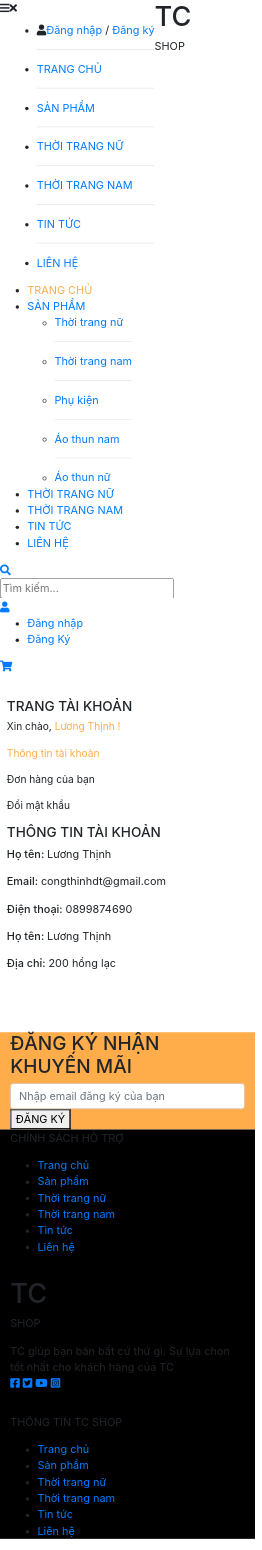
Repository: congthinh1701/TCshop
Page: ThongTinTaiKhoan.html
An editor plug-in stored every save of this project. The page is shown before and after the next save, followed by the edit.
The browser window is 375 px wide. The page is 385 px wide, so the pictures cover 385 px, including what lies to the right of the window. The pictures show the whole page, at 68% of full size.
The style sheet was rebuilt from its Sass, Less or Tailwind sources for each picture, by a compiler version that may differ from the author's.

Above is the page before, as saved 2021-09-08 17:36:09.

### ThongTinTaiKhoan.html
<!DOCTYPE html>
<html lang="en">
<head>
    <meta charset="UTF-8">
    <meta http-equiv="X-UA-Compatible" content="IE=edge">
    <meta name="viewport" content="width=device-width, initial-scale=1.0">
    <title>Document</title>
    <link rel="stylesheet" href="fontawesome-free-5.15.4-web/css/all.css">
    <link rel="stylesheet" href="sass/style.css">
</head>
<body>
    <div id="headerID"> <!-- your header --> </div>
    <div class="container admin">
        <div class="trang-tai-khoan">
            <h5>TRANG TÀI KHOẢN</h5>
            <div class="trang-tai-khoan-hello left ">
                <p>Xin chào, <span>Lương Thịnh !</span></p>
            </div>
            <div class="trang-tai-khoan-thong-tin left active">
                <p>Thông tin tài khoản</p>
            </div>
            <div class="trang-tai-khoan-hello left">
                <p>Đơn hàng của bạn</p>
            </div>
            <div class="trang-tai-khoan-hello left">
                <p>Đổi mật khẩu</p>
            </div>
        </div>
        <div class="thong-tin-tai-khoan">
            <h5>THÔNG TIN TÀI KHOẢN</h5>
            <div class="thong-tin-tai-khoan-name">
                <p><span>Họ tên: </span>Lương Thịnh</p>
                <p><span>Email: </span>congthinhdt@gmail.com</p>
                <p><span>Điện thoại: </span>0899874690</p>
                <p><span>Họ tên: </span>Lương Thịnh</p>
                <p><span>Địa chỉ: </span>200 hồng lạc</p>
            </div>
        </div>
    </div>
    <div id="footerID"> <!-- your header --> </div>
    <script src="https://cdnjs.cloudflare.com/ajax/libs/jquery/3.6.0/jquery.min.js" integrity="sha512-894YE6QWD5I59HgZOGReFYm4dnWc1Qt5NtvYSaNcOP+u1T9qYdvdihz0PPSiiqn/+/3e7Jo4EaG7TubfWGUrMQ==" crossorigin="anonymous" referrerpolicy="no-referrer"></script>
    <script>
        $("#headerID").load("header.html");
        $("#footerID").load("footer.html");
      </script>
</body>
</html>

### header.html
<!DOCTYPE html>
<html lang="en">
<head>
    <meta charset="UTF-8">
    <meta http-equiv="X-UA-Compatible" content="IE=edge">
    <meta name="viewport" content="width=device-width, initial-scale=1.0">
    <title>Document</title>
    <link rel="stylesheet" href="assets/css/style.css">
    <link rel="stylesheet" href="assets/css/base.css">
    <link rel="stylesheet" href="fontawesome-free-5.15.4-web/css/all.css">
    <link rel="stylesheet" href="https://maxcdn.bootstrapcdn.com/bootstrap/4.1.3/css/bootstrap.min.css">
    <script src="https://maxcdn.bootstrapcdn.com/bootstrap/4.1.3/js/bootstrap.min.js"></script>
</head>
<body>
    <div class="container-lg">
        <div class="nav">
            <label for="nav-mobile-input" class="nav_bars-btn">
                <i class="fas fa-bars"></i>
            </label>

            <input hidden type="checkbox" name="" class="nav_input" id="nav-mobile-input">
            <label for="nav-mobile-input" class="nav_overlay"></label>
            <nav class="nav-mobile">
                <label for="nav-mobile-input" class="nav__mobile-close">
                    <i class="fas fa-times"></i>
                </label>
                <ul class="nav__mobile-list">

                    <li class="nav__mobile-list-user">

                        <p><i class="fas fa-user"></i><a href="#">Đăng nhập</a> <span>/</span> <a href="#">Đăng ký</a>
                        </p>
                    </li>
                    <hr>
                    <li>
                        <a href="" class="nav__mobile-link">TRANG CHỦ</a>
                    </li>
                    <hr>
                    <li>
                        <a href="" class="nav__mobile-link">SẢN PHẨM</a>
                    </li>
                    <hr>
                    <li>
                        <a href="" class="nav__mobile-link">THỜI TRANG NỮ</a>
                    </li>
                    <hr>
                    <li>
                        <a href="" class="nav__mobile-link">THỜI TRANG NAM</a>
                    </li>
                    <hr>
                    <li>
                        <a href="" class="nav__mobile-link">TIN TỨC</a>
                    </li>
                    <hr>
                    <li>
                        <a href="" class="nav__mobile-link">LIÊN HỆ</a>
                    </li>
                </ul>
            </nav>
            <div class="nav-logo">
                <h1>TC</h1>
                <p>SHOP</p>
            </div>
            <nav class="nav-pc">
                <ul class="nav__list">
                    <li>
                        <a style="color:#ffac4b" href="home.html" class="nav__link">TRANG CHỦ</a>
                    </li>
                    <li class="options">
                        <a href="" class="nav__link">SẢN PHẨM</a>
                        <div class="nav__link-options">
                            <ul class="nav__link-options-list">
                                <li><a href="#">Thời trang nữ</a></li>
                                <hr>
                                <li><a href="#">Thời trang nam</a></li>
                                <hr>
                                <li><a href="#">Phụ kiện</a></li>
                                <hr>
                                <li><a href="#">Áo thun nam</a></li>
                                <hr>
                                <li><a href="#">Áo thun nữ</a></li>
                            </ul>
                        </div>
                    </li>
                    <li>
                        <a href="" class="nav__link">THỜI TRANG NỮ</a>
                    </li>
                    <li>
                        <a href="" class="nav__link">THỜI TRANG NAM</a>
                    </li>
                    <li>
                        <a href="" class="nav__link">TIN TỨC</a>
                    </li>
                    <li>
                        <a href="" class="nav__link">LIÊN HỆ</a>
                    </li>
                </ul>
            </nav>
            <div class="nav-right">
                <div class="search">
                    <a href="#"><i class="fas fa-search"></i></a>
                    <div class="search-hover">
                        <form>
                            <input class="search" type="text" name="search" placeholder="Tìm kiếm..." />
                        </form>
                    </div>
                </div>
                <div class="user">
                    <a href="#"> <i class="fas fa-user"></i></a>
                    <div class="user-hover">
                        <ul class="user-hover-list">
                            <li class="nav_link"><a href="#">Đăng nhập</a></li>
                            <li><a href="#">Đăng Ký</a></li>
                        </ul>
                    </div>
                </div>
                <div class="shopping">
                    <a href="card.html"><i class="fas fa-shopping-cart"></i></a>

                </div>
            </div>


        </div>
    </div>
</body>
</html>

### footer.html
<!DOCTYPE html>
<html lang="en">
<head>
    <meta charset="UTF-8">
    <meta http-equiv="X-UA-Compatible" content="IE=edge">
    <meta name="viewport" content="width=device-width, initial-scale=1.0">
    <title>Document</title>
    <link rel="stylesheet" href="assets/css/style.css">
    <link rel="stylesheet" href="assets/css/base.css">
    <link rel="stylesheet" href="fontawesome-free-5.15.4-web/css/all.css">
    <link rel="stylesheet" href="https://maxcdn.bootstrapcdn.com/bootstrap/4.1.3/css/bootstrap.min.css">
    <script src="https://maxcdn.bootstrapcdn.com/bootstrap/4.1.3/js/bootstrap.min.js"></script>
</head>
<body>
    <div class="container-lg" style="background-color: #ffac4b; margin-top: 50px;">
        <div class="container dangky">
            <div class="dangky-left">
                <h3>ĐĂNG KÝ NHẬN KHUYẾN MÃI</h3>
            </div>
            <div class="dangky-right">
                <form>
                    <input class="form-control" type="text" placeholder="Nhập email đăng ký của bạn">
                    <button type="button">ĐĂNG KÝ</button>
                </form>
            </div>
        </div>
    </div>

    <div class="container-lg" style="background-color: black">
        <div class="container footer">
            <div class="chinhsach-hotro">
                <p class="header">CHÍNH SÁCH HỖ TRỢ</p>
                <ul class="nav-list">
                    <li class="nav_link"><a href="#">Trang chủ</a></li>
                    <li class="nav_link"><a href="#">Sản phẩm</a></li>
                    <li class="nav_link"><a href="#">Thời trang nữ</a></li>
                    <li class="nav_link"><a href="#">Thời trang nam</a></li>
                    <li class="nav_link"><a href="#">Tin tức</a></li>
                    <li class="nav_link"><a href="#">Liên hệ</a></li>
                </ul>
            </div>
            <hr>
            <div class="ketnoi-shop">
                <h1>TC</h1>
                <p>SHOP</p>
                <span>TC giúp bạn bán bất cứ thứ gì. Sự lựa chọn tốt nhất cho khách hàng của TC</span>
                <div class="mangxahoi">
                    <a href="#"><i class="fab fa-facebook-square"></i></a>
                    <a href="#"><i class="fab fa-twitter-square"></i></a>
                    <a href="#"><i class="fab fa-youtube"></i></a>
                    <a href="#"><i class="fab fa-instagram-square"></i></a>
                </div>
            </div>
            <hr>
            <div class="thongtin-shop">
                <p class="header">THÔNG TIN TC SHOP</p>
                <ul class="nav-list">
                    <li class="nav_link"><a href="#">Trang chủ</a></li>
                    <li class="nav_link"><a href="#">Sản phẩm</a></li>
                    <li class="nav_link"><a href="#">Thời trang nữ</a></li>
                    <li class="nav_link"><a href="#">Thời trang nam</a></li>
                    <li class="nav_link"><a href="#">Tin tức</a></li>
                    <li class="nav_link"><a href="#">Liên hệ</a></li>
                </ul>
            </div>
        </div>
    </div>
</body>
</html>

### assets/css/base.css
:root{
    --primary-color:#EE4D2D;
    --primary-color-rgba:rgb(238,75,43);
    --white-color:#fff;
    --black-color:#000;
    --text-color:#333333;
    --font-weight:700;
    --font-size-product:19px;
    --font-weight-product:400;
    --font-size-price:18px;
    --header-height:120px;
    --navbar-height:34px;
    --header-with-search-height:calc(var(var(--header-height)-var(var(--navbar-height))))

}

### sass/style.scss

$text-fontSize:17px;
$text-fontSizeTK:19px;
$fontWeight:500;

.admin{
    display:flex;
    --columns:2;
    margin-top: 50px;
    @media (max-width: 923px) {
        --columns:1;
        display:unset;
        margin-top: 40px;
        .trang-tai-khoan{
            width: calc(100% / var(--columns));
            margin: 50px;
        }
        .thong-tin-tai-khoan{
            width: calc(100% / var(--columns));
            margin: 50px;
        }
    }
    @media (max-width: 623px) {
        .trang-tai-khoan{
            width: calc(100% / var(--columns));
            margin: 10px;
            p{
                font-size: 15px;
            }
            &-thong-tin{
                margin-top:15px
            }
        }
        .thong-tin-tai-khoan{
            width: calc(100% / var(--columns));
            margin: 10px;
            p{
                font-size: 16px;
            }
        }

    }
}
.trang-tai-khoan{
    width: calc(100% / var(--columns) - 20%);
    p{
        font-size: $text-fontSize;
        &:hover{
            color: #ffac4b;
        }
        span{
            color: #ffac4b;
        }
    }
    &-thong-tin{
        margin-top:25px
    }
    .active {
        color: #ffac4b;
    }
}
.thong-tin-tai-khoan{
    width: calc(100% / var(--columns) + 20%);
    p{
        font-size: $text-fontSizeTK;
        span{
            font-weight: $fontWeight;
        }
    }
}

Loaded but not shown: fontawesome-free-5.15.4-web/css/all.css (library)

After the next save:
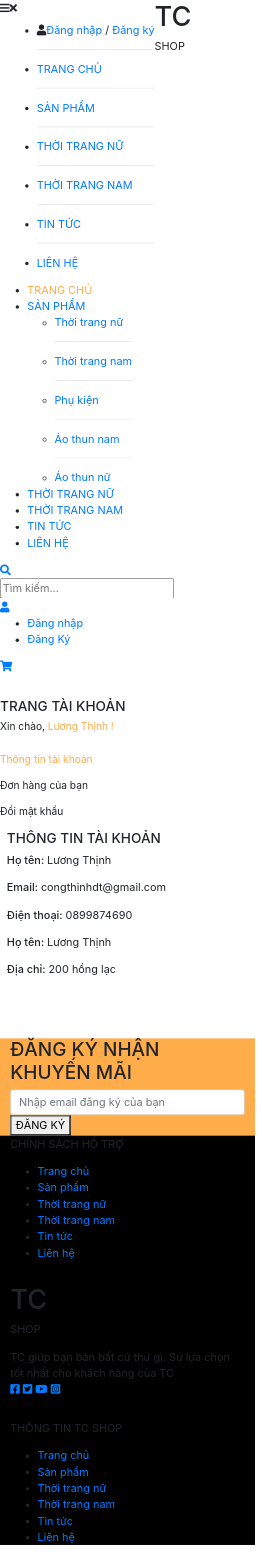
Saved 29 s later.
--- a/sass/style.scss
+++ b/sass/style.scss
@@ -23,12 +23,9 @@ $fontWeight:500;
     @media (max-width: 623px) {
         .trang-tai-khoan{
             width: calc(100% / var(--columns));
-            margin: 10px;
+            margin: 10px 0 0 0;
             p{
                 font-size: 15px;
-            }
-            &-thong-tin{
-                margin-top:15px
             }
         }
         .thong-tin-tai-khoan{
